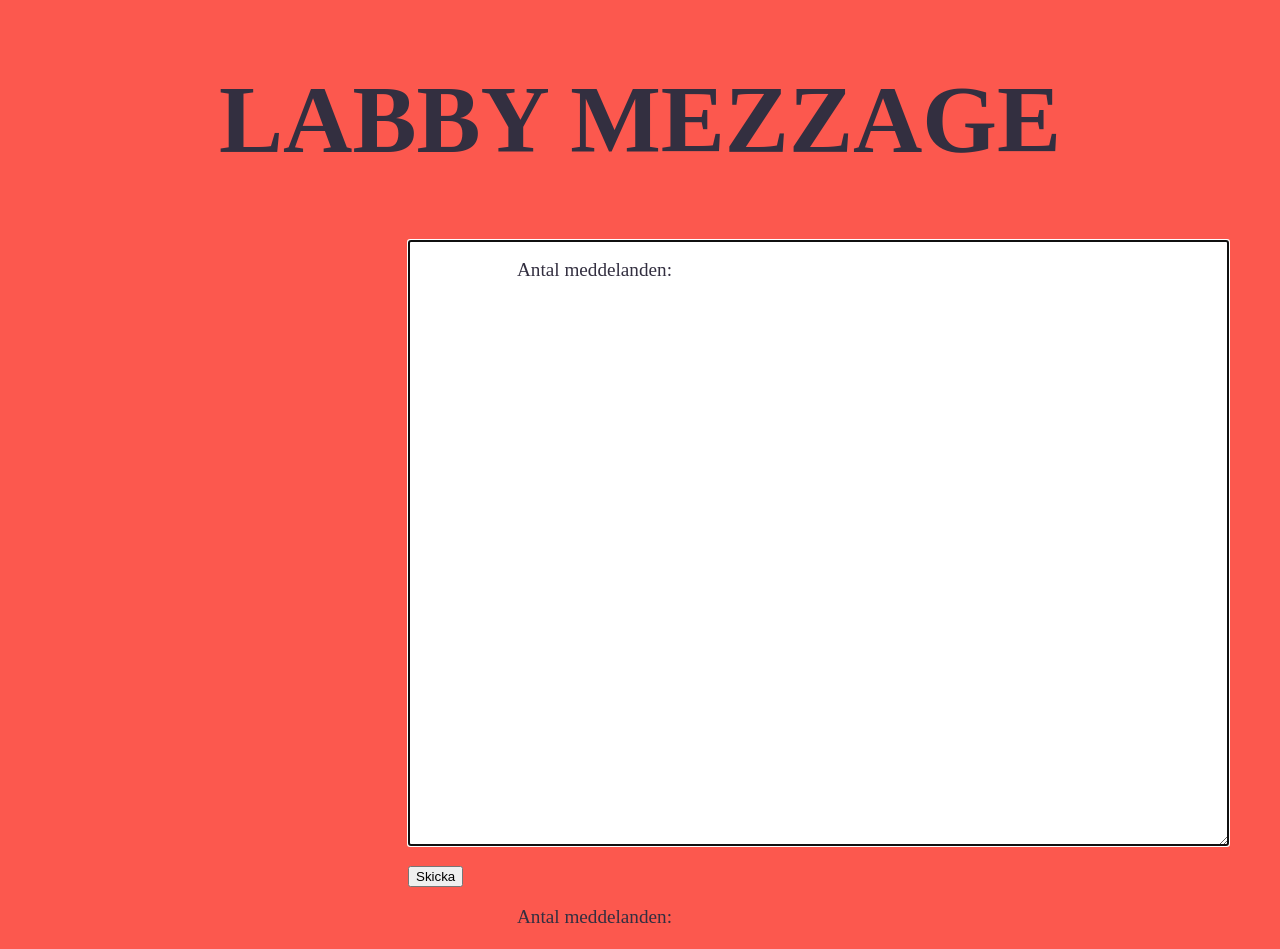
Repository: em222mt/1dv403-laborationer
Page: 2-labbymezzage/Index.html
The author's editor kept a record of every edit. The page is drawn from the files as they stood at one moment, then again after the next edit.
The browser window is 1280 px wide. The pictures show the whole page.

Above is the page before.

### 2-labbymezzage/Index.html
<!DOCTYPE html>
<html lang="sv">
<head>
	<meta charset="UTF-8" />
 	<title>Labby Mezzage</title>
    <link rel="stylesheet" href="css/style.css">
</head>
    <body>
        <header>
            <h1>LABBY MEZZAGE</h1>
        </header>

        <main>
            <div id="container">
                <section id="mainsection">
            		<form action="post" name="form">
                        <textarea id="formtext" cols="50" rows="20"></textarea>
                        <p id="value"></p>
                        <input id="send" type="button" value="Skicka" />
                    </form>
                </section>
            </div>

            <div id="container2">
                <aside id="messagearea">

                </aside>
                <div id="countDiv">
                    <p id="counttext">Antal meddelanden: <p id="counter"></p></p>
                </div>

            </div>
                <aside id="messagearea">

                </aside>
                <div id="countDiv">
                    <p id="counttext">Antal meddelanden: <p id="counter"></p></p>
                </div>

        </main>

    	<script src="js/Message.js"></script>
    	<script src="js/MessageBoard.js"></script>

    </body>
</html>

### 2-labbymezzage/css/style.css
/*Layout*/

article, aside, details, figcaption, figure,
footer, header, hgroup, main, menu, nav{

    background-color: #FC584E;
}

/*Container*/

h1 {
    font-weight: bold;
    text-align: center;
    color: #332F40;
    font-size: 6em;
    font-family: Comic Sans, Comic Sans MS, cursive;
    text-decoration: uppercase;
}

body{
    background-color: #FC584E;
}

#messagearea {
    float: left;
    background-color: white;
    width: 450px;
    min-height: 300px auto;

}

form{
    max-width: 50%;
}
#mainsection{
    max-width: 50%;
    margin: 0px 0px 0px 400px;
}
#container{
    float: left;
    width: 50%;
}
#container2{
    float: left;
    width: 50%;
}
#countDiv{
    float: right;
    font-family: Comic Sans, Comic Sans MS, cursive;
    color: #332F40;
    font-size: 1.2em;
    margin-right: 600px;
    overflow: hidden;
    white-space: nowrap;
}

#counttext{
    overflow: hidden;
    white-space: nowrap;
}

#formtext{
    font-size: 2em;
}

.messageContainer{
    width: 98%;
    float: left;
    background-color: #229B72;
    border: 1px solid black;
    margin: 3px 3px 3px 3px;
}

.textContainer{
    width: 80%;
    float: left;
    font-size: 1.2em;
}

.detailsContainer{
    width: 20%;
    float: left;
    text-indent: 8px;
    font-size: 0.8em;
    margin-top: 10px;
}
p.input{
    max-width: 80%;
    word-break: break-all;
}

img{
    margin-right: 5px;
}

### 2-labbymezzage/js/Message.js
'use strict';

function Message(message, date){

    this.getText = function(){
        return message;
    };

    this.setText = function(_text){
        message = _text;
    };

    this.getDate = function(){
        return date;
    };

    this.setDate = function(_date){
        date = _date;
    };
}

Message.prototype.toString = function() {
    return this.getText()+" ("+this.getDate()+")";
};

Message.prototype.getHTMLText = function(){
    return this.getText().replace(/[\n\r]/g, "</br>");
};

Message.prototype.getDateText = function(){
    var now = this.getDate();
    var seconds = now.getSeconds();
    var minutes = now.getMinutes();
    var hours = now.getHours();


    //IF-sats för att lägga till nollor som i C#?

    var formattedTime = hours + ":" + (minutes < 10 ? '0' : '') + minutes + ":" + (seconds < 10 ? '0' : '') + seconds;
        return formattedTime;
};

Message.prototype.getTimeDetails = function(){
    var date = this.getDate();
    var day = date.getDate();
    var month = date.getMonth();
    var year = date.getFullYear();

    return "Postat den " + year + "/" + (month + 1) + "/" + day + " " + this.getDateText();
};

### 2-labbymezzage/js/MessageBoard.js
'use strict';

var MessageBoard = {

    messages: [],

    init: function(){

        var submit = document.getElementById("send");
        submit.onclick = MessageBoard.createMessage;

        var focus = document.getElementById("formtext");
        // Sätter en blinkande markör i textarean
        focus.focus();
        focus.onkeypress = function(e){
		if(!e){ e=window.event; }
		    if(e.keyCode == 13 && !e.shiftKey){
		        e.preventDefault();
		        MessageBoard.createMessage();
		    }
        };
    },
    // Skapa meddelanden
    createMessage: function(){
        var input = document.getElementById("formtext");
        MessageBoard.messages.push( new Message(input.value, new Date()) );
        MessageBoard.renderMessages();
    },

    // Rendera alla meddelanden
    renderMessages: function(){
        //Tar bort alla meddelanden
        document.getElementById("messagearea").innerHTML = "";
        for (var i = 0; i < MessageBoard.messages.length; ++i){
        MessageBoard.renderMessage(i);
        }
        document.form.formtext.value = "";
        document.form.formtext.focus();
    },
    // Skriv ut ett meddelande
    renderMessage: function(messageID){
        var messageContainer = document.createElement("div");
        messageContainer.className = "messageContainer";

        var input = document.createElement("p");
        input.className = "input";
        input.innerHTML = MessageBoard.messages[messageID].getHTMLText();

        var textContainer = document.createElement("div");
        textContainer.className = ("textContainer");

        textContainer.appendChild(input);

        var detailsContainer = document.createElement("div");
        detailsContainer.className = "detailsContainer";

        var time = document.createElement("p");
        time.className = "time";
        time.innerHTML = MessageBoard.messages[messageID].getDateText();

		var imageClock = document.createElement("a");
		imageClock.setAttribute("href", "#");
		imageClock.innerHTML = '<img src="pics/clock.png" title="Se när meddelandet skapades." alt="Clock" width="24px" height="24px" />';

		var imageRemove = document.createElement("a");
		imageRemove.setAttribute("href", "#");
		imageRemove.innerHTML = '<img src="pics/delete.png" title="Ta bort det här meddelandet." alt="Delete" width="24px" height="24px" />';

		detailsContainer.appendChild(imageClock);
		detailsContainer.appendChild(imageRemove);
		detailsContainer.appendChild(time);

		input.appendChild(links);

		var container = document.getElementById("messagearea");
		container.appendChild(input);

		MessageBoard.countMessages();

		imageRemove.onclick = function(){
		    if (window.confirm("Vill du ta bort detta meddelande?")){
		    MessageBoard.removeMessage(messageID);
		    }
		};

		imageClock.onclick = function(){
		  MessageBoard.getTimestamp(messageID);
		};
    },

    removeMessage: function(messageID){
        MessageBoard.messages.splice(messageID, 1);

        MessageBoard.countMessages();

        MessageBoard.renderMessages();
    },

    getTimestamp: function(messageID){
        alert(MessageBoard.messages[messageID].getTimeDetails());
    },

    // Sätter räknare för antalet meddelanden
    countMessages: function(){
        var counter = document.getElementById("counter");
        counter.innerHTML = MessageBoard.messages.length;
    }

};

window.onload = MessageBoard.init;

After the next edit:
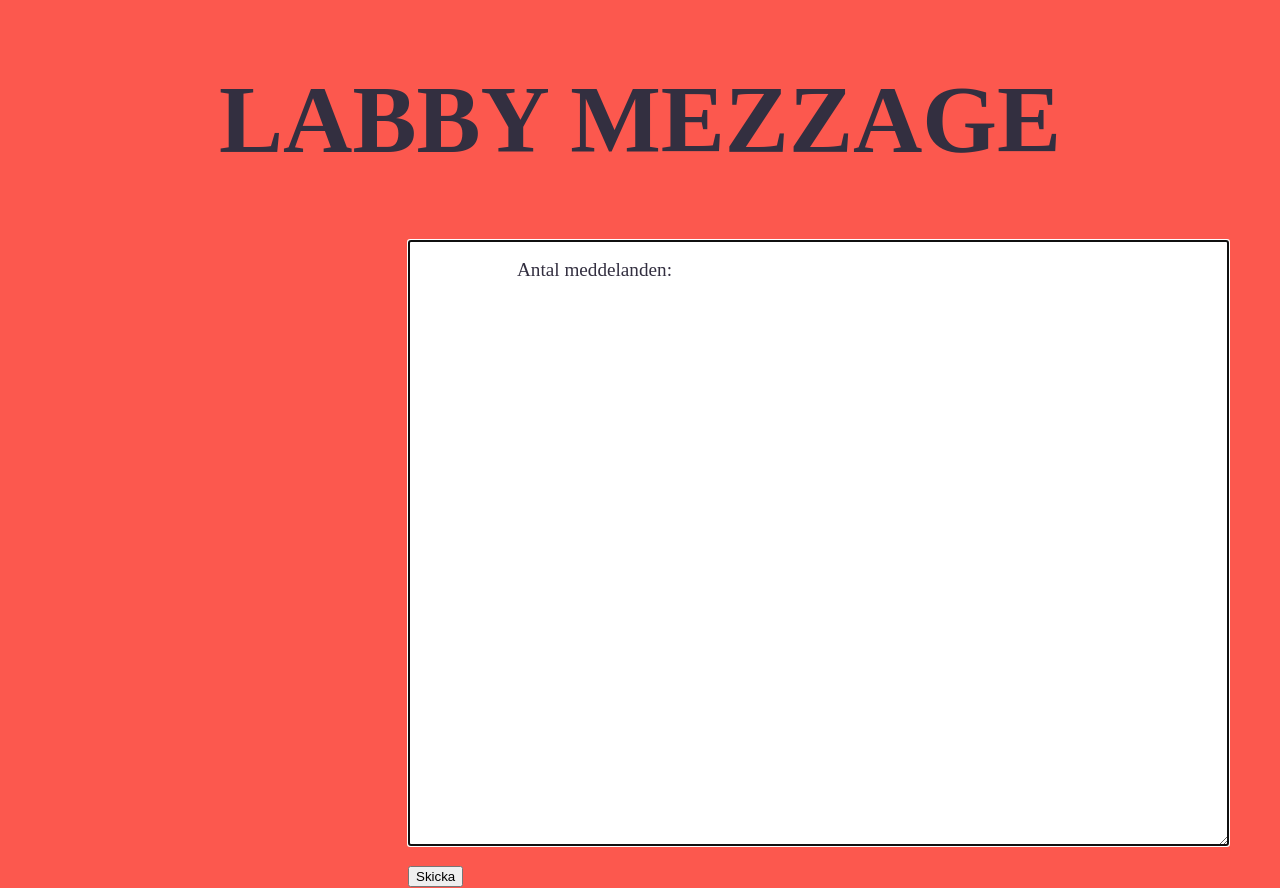
The edit:
--- a/2-labbymezzage/Index.html
+++ b/2-labbymezzage/Index.html
@@ -30,12 +30,7 @@
                 </div>
 
             </div>
-                <aside id="messagearea">
 
-                </aside>
-                <div id="countDiv">
-                    <p id="counttext">Antal meddelanden: <p id="counter"></p></p>
-                </div>
 
         </main>
 
